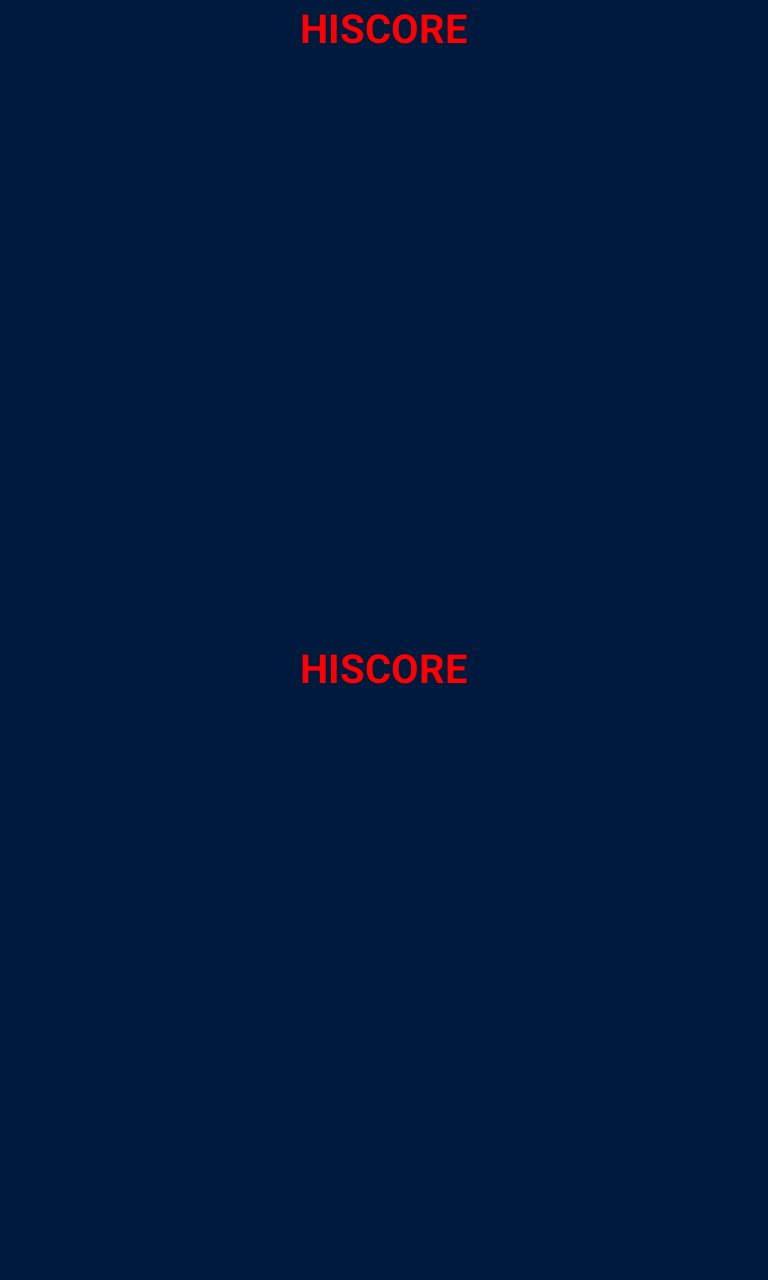
Repository: Bvink/Detect
Layout: Detect/res/layout/hiscore.xml
An editor plug-in stored every save of this project. The layout is shown before and after the next save, followed by the edit.
It is drawn on a 768 x 1280 px phone screen (xhdpi) without system bars, with theme AppTheme; the app's code is not run.

Above is the layout before, as saved 2014-07-09 15:59:18.

### Detect/res/layout/hiscore.xml
<?xml version="1.0" encoding="utf-8"?>
<LinearLayout xmlns:android="http://schemas.android.com/apk/res/android"
    android:layout_width="match_parent"
    android:layout_height="match_parent"
    android:weightSum="2"
    android:orientation="vertical" >

    <RelativeLayout
        android:layout_width="fill_parent"
        android:layout_height="wrap_content"
        android:layout_weight="1"
        android:background="@color/clrDarkBlue" >

        <TextView
            android:id="@+id/HiscoreField"
            android:layout_width="match_parent"
            android:layout_height="wrap_content"
            android:gravity="center"
            android:text="@string/fullhiscore"
            android:textColor="@color/clrRed"
            android:textSize="20sp"
            android:textStyle="bold" />

        <TextView
            android:id="@+id/HiScoreTextList"
            android:layout_width="wrap_content"
            android:layout_height="wrap_content"
            android:layout_alignParentLeft="true"
            android:layout_alignParentRight="true"
            android:textColor="@color/clrRed"
            android:layout_below="@+id/HiscoreField" />

    </RelativeLayout>

    <RelativeLayout
        android:layout_width="fill_parent"
        android:layout_height="wrap_content"
        android:layout_weight="1"
        android:background="@color/clrDarkBlue" >

        <TextView
            android:id="@+id/HiscoreFieldTwo"
            android:layout_width="match_parent"
            android:layout_height="wrap_content"
            android:layout_alignParentLeft="true"
            android:layout_alignParentTop="true"
            android:gravity="center"
            android:text="@string/fullhiscore"
            android:textColor="@color/clrRed"
            android:textSize="20sp"
            android:textStyle="bold" />

        <TextView
            android:id="@+id/HiScoreTextListTwo"
            android:layout_width="wrap_content"
            android:layout_height="wrap_content"
            android:layout_alignParentLeft="true"
            android:layout_alignParentRight="true"
            android:layout_below="@+id/HiscoreFieldTwo"
            android:textColor="@color/clrRed" />

    </RelativeLayout>

</LinearLayout>

### Detect/res/values/strings.xml
<?xml version="1.0" encoding="utf-8"?>
<resources>

    <string name="app_name">Detect</string>

    <string name="easy">WALK();</string>
    <string name="normal">CYCLE();</string>
    <string name="hard">DRIVE();</string>
    <string name="hiscore">H</string>
    <string name="fullhiscore">HISCORE</string>
    <string name="fullhiscoretwo">HARDMODE HISCORE</string>

    <color name="clrWhite">#FFFFFF</color>
    <color name="clrDarkBlue">#001A3D</color>
    <color name="clrRed">#FF0000</color>

    <string name="icon">Detect</string>
    <string name="logodesc">Detect logo</string>
    <string name="splashdesc">Detect Splash</string>


</resources>

Loaded but not shown: Detect/res/values/styles.xml (common file); Detect/res/values-v11/styles.xml (common file); Detect/res/values-v14/styles.xml (common file)

After the next save:
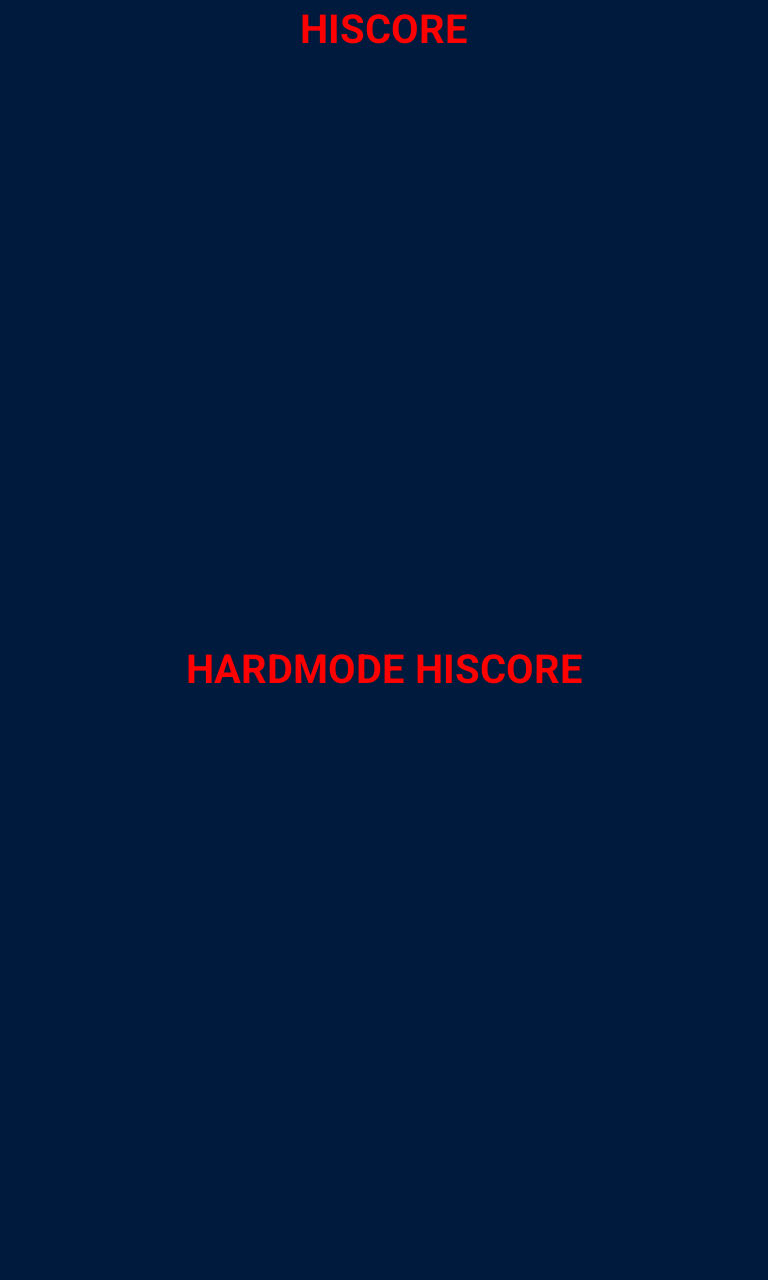
Saved 21 s later.
--- a/Detect/res/layout/hiscore.xml
+++ b/Detect/res/layout/hiscore.xml
@@ -45,7 +45,7 @@
             android:layout_alignParentLeft="true"
             android:layout_alignParentTop="true"
             android:gravity="center"
-            android:text="@string/fullhiscore"
+            android:text="@string/fullhiscoretwo"
             android:textColor="@color/clrRed"
             android:textSize="20sp"
             android:textStyle="bold" />
